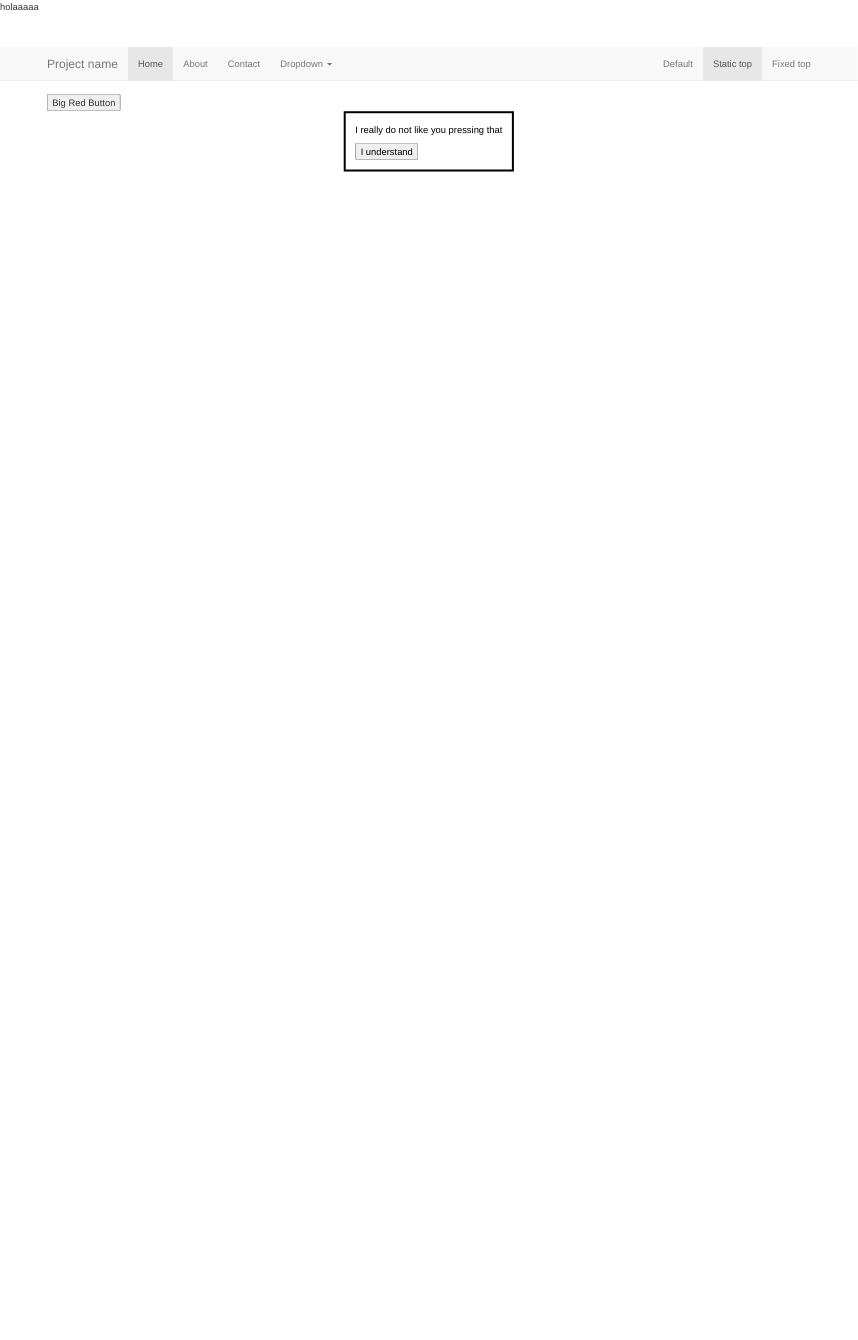
Repository: Adriansen8/GamerArts
Page: http://localhost/html/Index.php
An editor plug-in stored every save of this project. The page is shown before and after the next save, followed by the edit.
The browser window is 1280 px wide. The pictures show the whole page, at 67% of full size.
The page is run by PHP 8.4 with error messages shown; the project is at /var/www/html/.

Above is the page before, as saved 2016-03-08 14:37:33.

### Proyecto/html/Index.php
<!DOCTYPE html>
<html lang="es">
  <head>
    <!-- The above 3 meta tags *must* come first in the head; any other head content must come *after* these tags -->
    <meta name="description" content="">
    <meta name="author" content="">
    <link rel="icon" href="../../favicon.ico">

    <title>prueba bootstrap</title>


	<!-- HOJAS DE ESTILO -->
    <link href="../bootstrap/css/bootstrap.min.css" rel="stylesheet">
    <link href="../css/navbar-static-top.css" rel="stylesheet">
	<link href="http://fonts.googleapis.com/css?family=Noto+Serif:400,400italic,700" rel="stylesheet" type="text/css">
	<!-- SCRIPTS -->
    <script src="../bootstrap/js/jquery-2.2.1.min.js"></script>
    <script src="../bootstrap/js/bootstrap.min.js"></script>
	<script src="../js/presentacion.js"></script>
  </head>

<body>

<?php
echo "holaaaaa";
?>


<!-- Static navbar -->
    <nav class="navbar navbar-default navbar-static-top">
      <div class="container" >
        <div class="navbar-header">
          <button type="button" class="navbar-toggle collapsed" data-toggle="collapse" data-target="#navbar" aria-expanded="false" aria-controls="navbar">
            <span class="sr-only">Toggle navigation</span>
            <span class="icon-bar"></span>
            <span class="icon-bar"></span>
            <span class="icon-bar"></span>
          </button>
          <a class="navbar-brand" href="#">Project name</a>
        </div>
        <div id="navbar" class="navbar-collapse collapse">
          <ul class="nav navbar-nav">
            <li class="active"><a href="#">Home</a></li>
            <li><a href="#about">About</a></li>
            <li><a href="#contact">Contact</a></li>
            <li class="dropdown">
              <a href="#" class="dropdown-toggle" data-toggle="dropdown" role="button" aria-haspopup="true" aria-expanded="false">Dropdown <span class="caret"></span></a>
              <ul class="dropdown-menu">
                <li><a href="#">Action</a></li>
                <li><a href="#">Another action</a></li>
                <li><a href="#">Something else here</a></li>
                <li role="separator" class="divider"></li>
                <li class="dropdown-header">Nav header</li>
                <li><a href="#">Separated link</a></li>
                <li><a href="#">One more separated link</a></li>
              </ul>
            </li>
          </ul>
          <ul class="nav navbar-nav navbar-right">
            <li><a href="../navbar/">Default</a></li>
            <li class="active"><a href="./">Static top <span class="sr-only">(current)</span></a></li>
            <li><a href="../navbar-fixed-top/">Fixed top</a></li>
          </ul>
        </div><!--/.nav-collapse -->
      </div>
    </nav>


    <div class="container" role="main">
    <section id="warning-dialog">
    <button id="big-red" data-dialog-call="I really do not like you pressing that" data-dialog-response="I understand">Big Red Button</button>
    <dialog tabindex="0" open="open" role="alertdialog" aria-labelledby="d-message">
	   	<div>
	      <div role="document" tabindex="0">
	         <p id="d-message">I really do not like you pressing that</p>
	         <button>I understand</button>
	      </div>
	    </div>
	</dialog>

    </div>


</body>
</html>

### Proyecto/css/navbar-static-top.css
body {
  min-height: 2000px;
}

.navbar-static-top {
  margin-top: 50px;
  margin-bottom: 19px;
}

a:hover + [role="tooltip"] {
	display: block;
	position: absolute;
	top: 100%;
}

### Proyecto/js/presentacion.js
/* 2. Incrementer & decrementer
-----------------------------------------------------------------------------------------
*/
$(document).ready(function(){



});

Loaded but not shown: Proyecto/bootstrap/css/bootstrap.min.css (library); Proyecto/bootstrap/js/jquery-2.2.1.min.js (library); Proyecto/bootstrap/js/bootstrap.min.js (library)

After the next save:
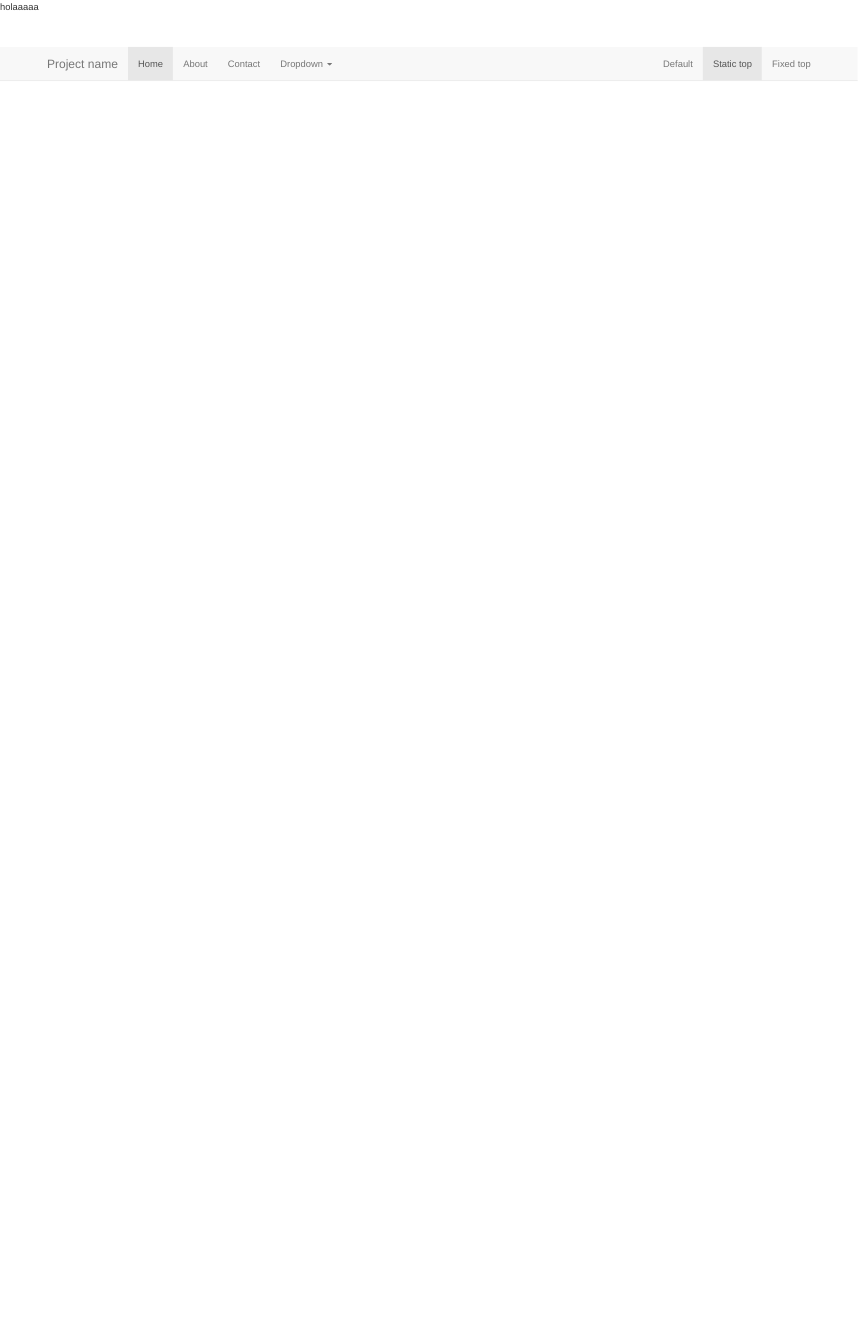
Saved 3 min 21 s later.
--- a/Proyecto/html/Index.php
+++ b/Proyecto/html/Index.php
@@ -67,16 +67,6 @@ echo "holaaaaa";
 
 
     <div class="container" role="main">
-    <section id="warning-dialog">
-    <button id="big-red" data-dialog-call="I really do not like you pressing that" data-dialog-response="I understand">Big Red Button</button>
-    <dialog tabindex="0" open="open" role="alertdialog" aria-labelledby="d-message">
-	   	<div>
-	      <div role="document" tabindex="0">
-	         <p id="d-message">I really do not like you pressing that</p>
-	         <button>I understand</button>
-	      </div>
-	    </div>
-	</dialog>
 
     </div>
 
